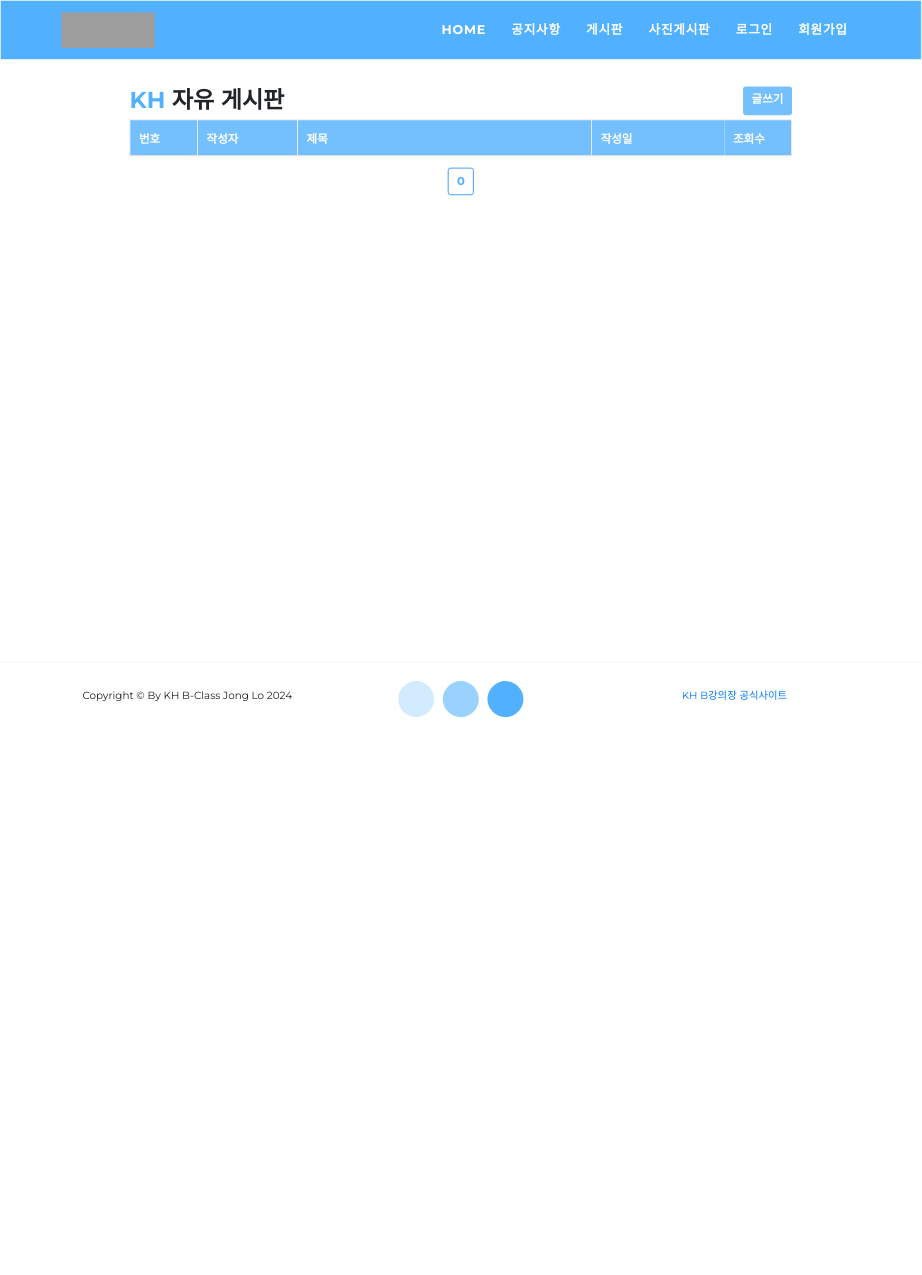
Repository: Hyunbin1111/practice
Page: http://localhost/MyBatisProject/WEB-INF/views/board/board_list.jsp
An editor plug-in stored every save of this project. The page is shown before and after the next save, followed by the edit.
The browser window is 1280 px wide. The pictures show the whole page, at 72% of full size.
Pictures or frames that could not be fetched are drawn as grey boxes. Some web fonts or font styles are not loaded; a fallback is used. The page is served by Tomcat 9. Nobody is signed in. The template is opened directly, without the code that normally fills it, so the values that code supplies are empty.

Above is the page before, as saved 2024-12-11 03:04:28.

After the next save:
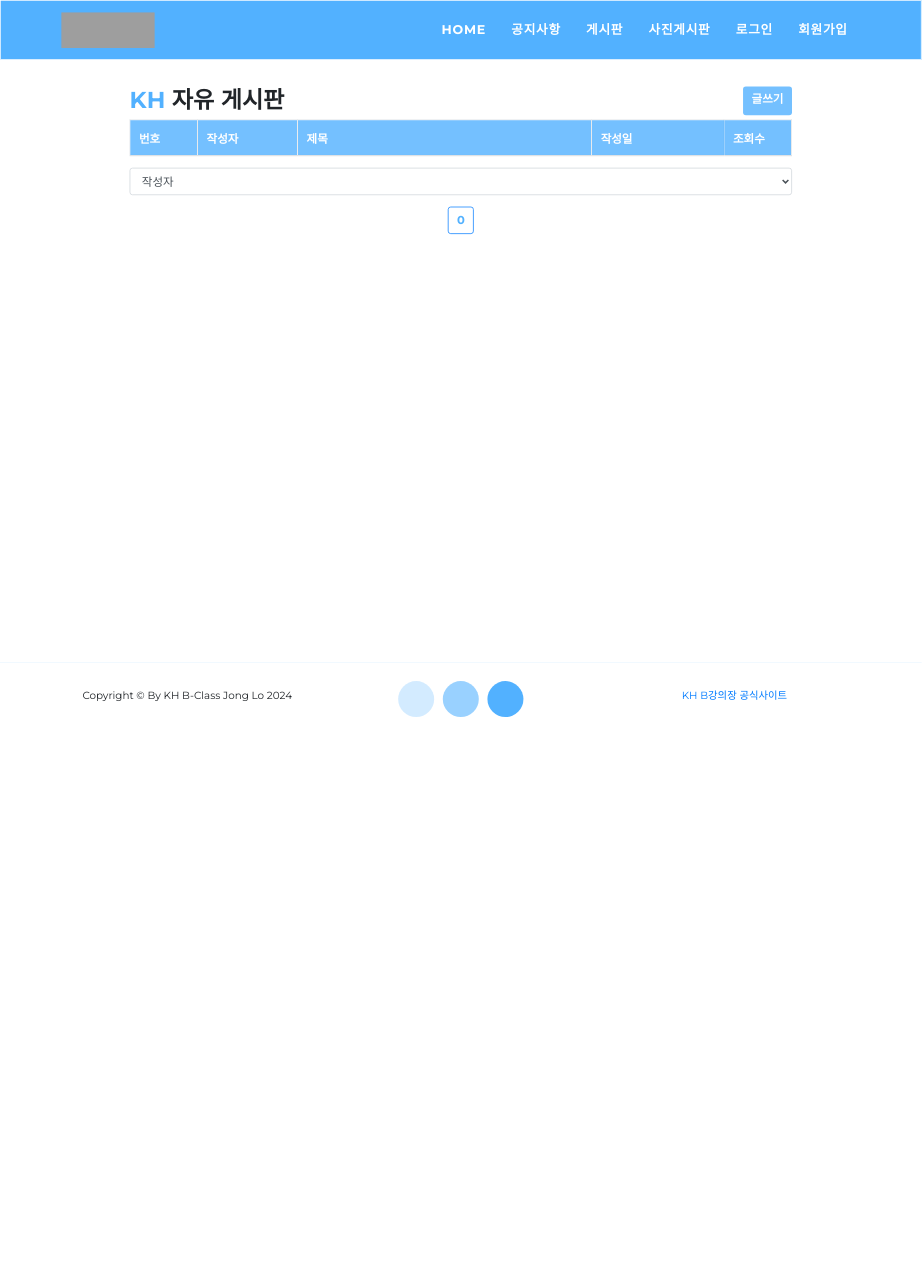
Saved 98 s later.
--- a/web-workspace2/MyBatisProject/src/main/webapp/WEB-INF/views/board/board_list.jsp
+++ b/web-workspace2/MyBatisProject/src/main/webapp/WEB-INF/views/board/board_list.jsp
@@ -82,7 +82,11 @@ tr:hover{
 
           <div id="search-area" class="form-group">
           	<form action="search.board" method="get">
-
+          		<select class="form-control" name="condition">
+          			<option value="writer">작성자</option>
+          			<option value="content">내용</option>
+          			<option value="title">제목</option>
+          		</select>
           	</form>
           </div>
 
